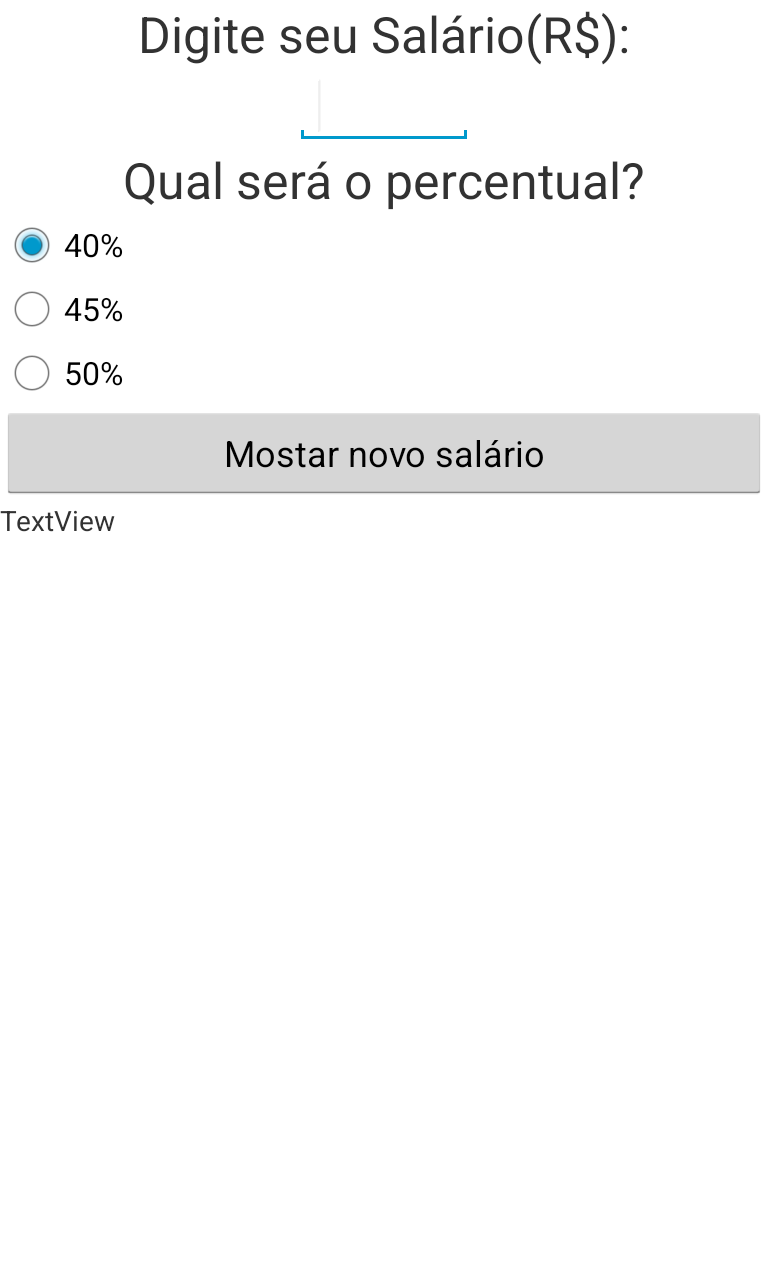
Repository: Rennanxp2/Android_Exercices_done
Layout: Exercícios Android 2/Ex3/res/layout/activity_salario.xml
An editor plug-in stored every save of this project. The layout is shown before and after the next save, followed by the edit.
It is drawn on a 768 x 1280 px phone screen (xhdpi) without system bars, with theme AppTheme; the app's code is not run.

Above is the layout before, as saved 2017-09-26 13:46:25.

After the next save:
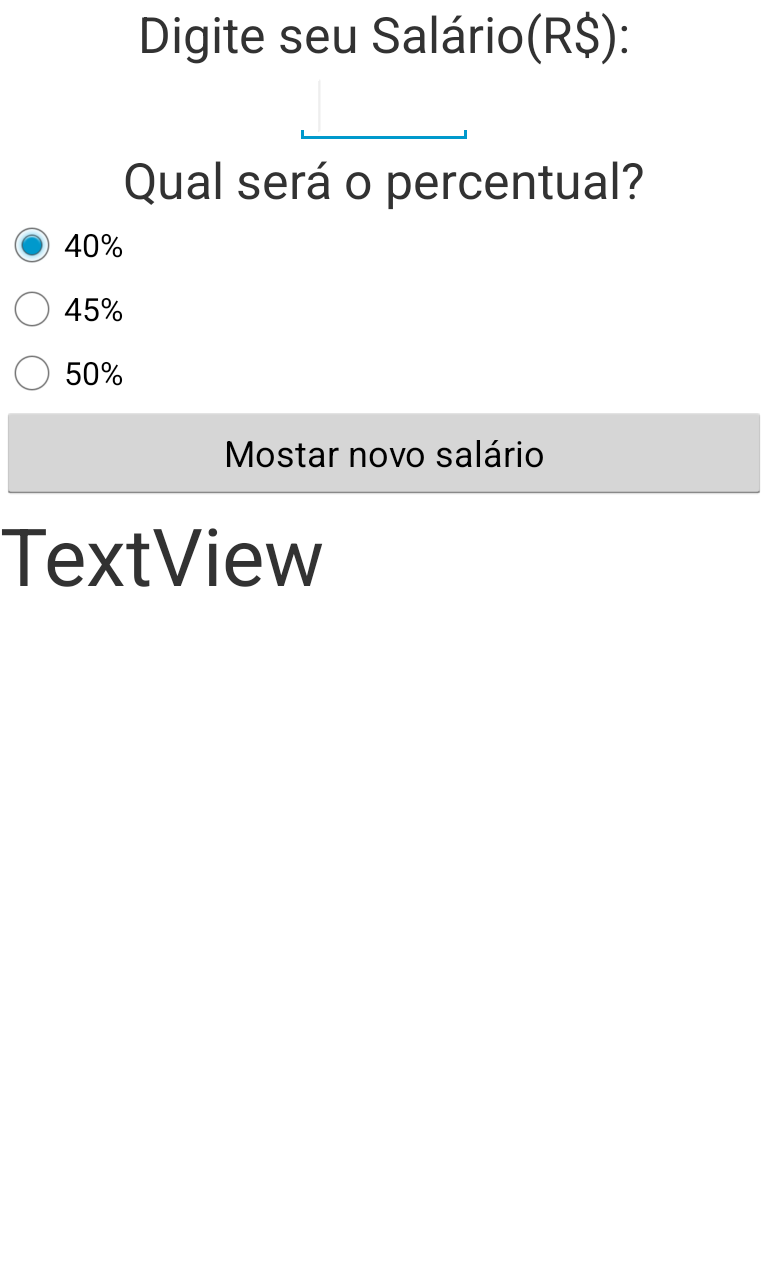
Saved 22 s later.
--- a/Exercícios Android 2/Ex3/res/layout/activity_salario.xml
+++ b/Exercícios Android 2/Ex3/res/layout/activity_salario.xml
@@ -84,6 +84,7 @@
         android:id="@+id/textView3"
         android:layout_width="match_parent"
         android:layout_height="wrap_content"
+        android:textSize="40dp"
         android:text="TextView" />
 
 </LinearLayout>
